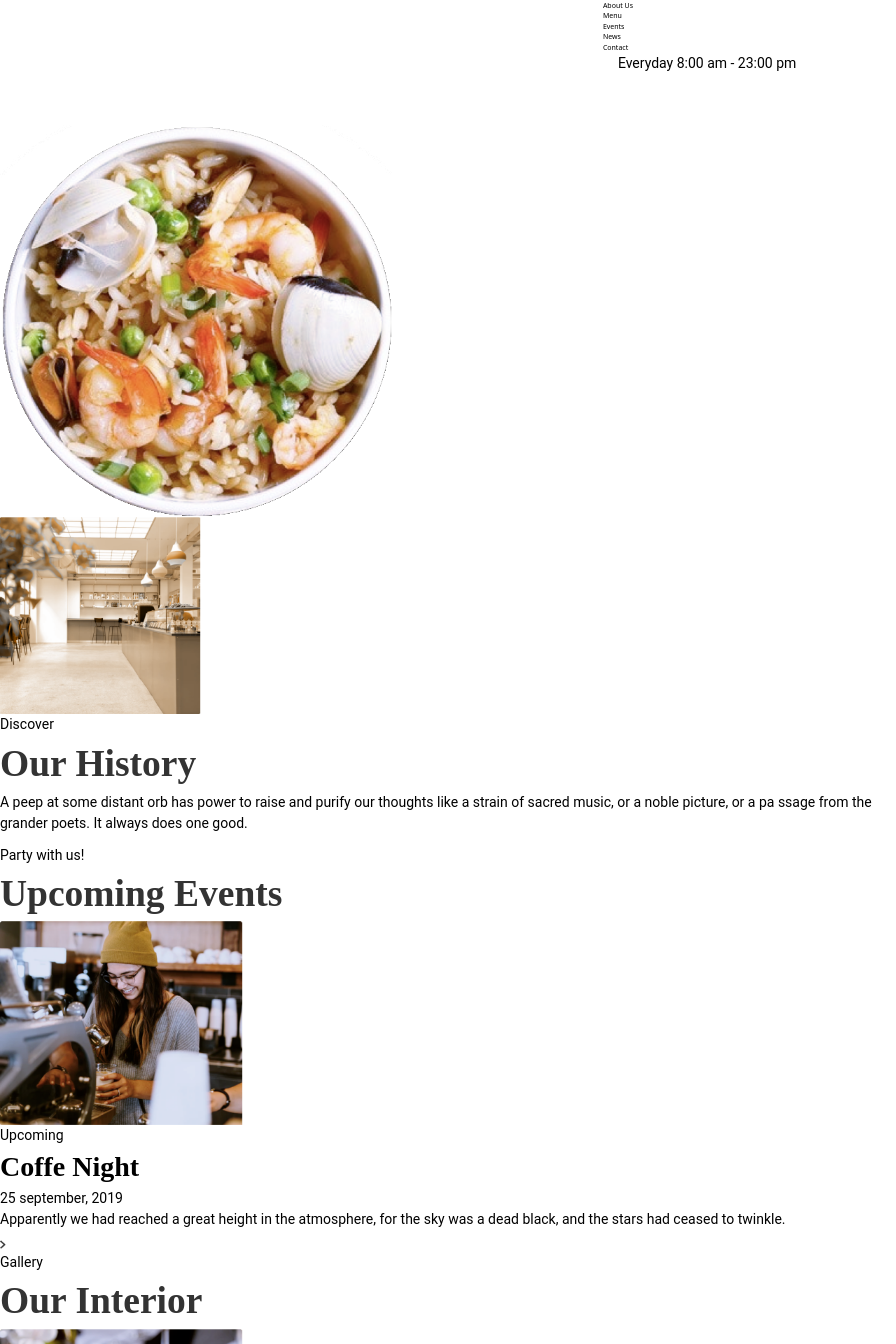
Repository: murilopellis-12/Tailwind-Prova
Page: index.html
An editor plug-in stored every save of this project. The page is shown before and after a run of saves, followed by the edit.
The browser window is 1280 px wide. The pictures show the part of the page from y = 0 to 1920 px (the page is 4565 px tall before and 4774 px after), at 70% of full size.

Above is the page before, as saved 2026-10-26 19:27:13.
Not found: style.css

After the next 6 saves:
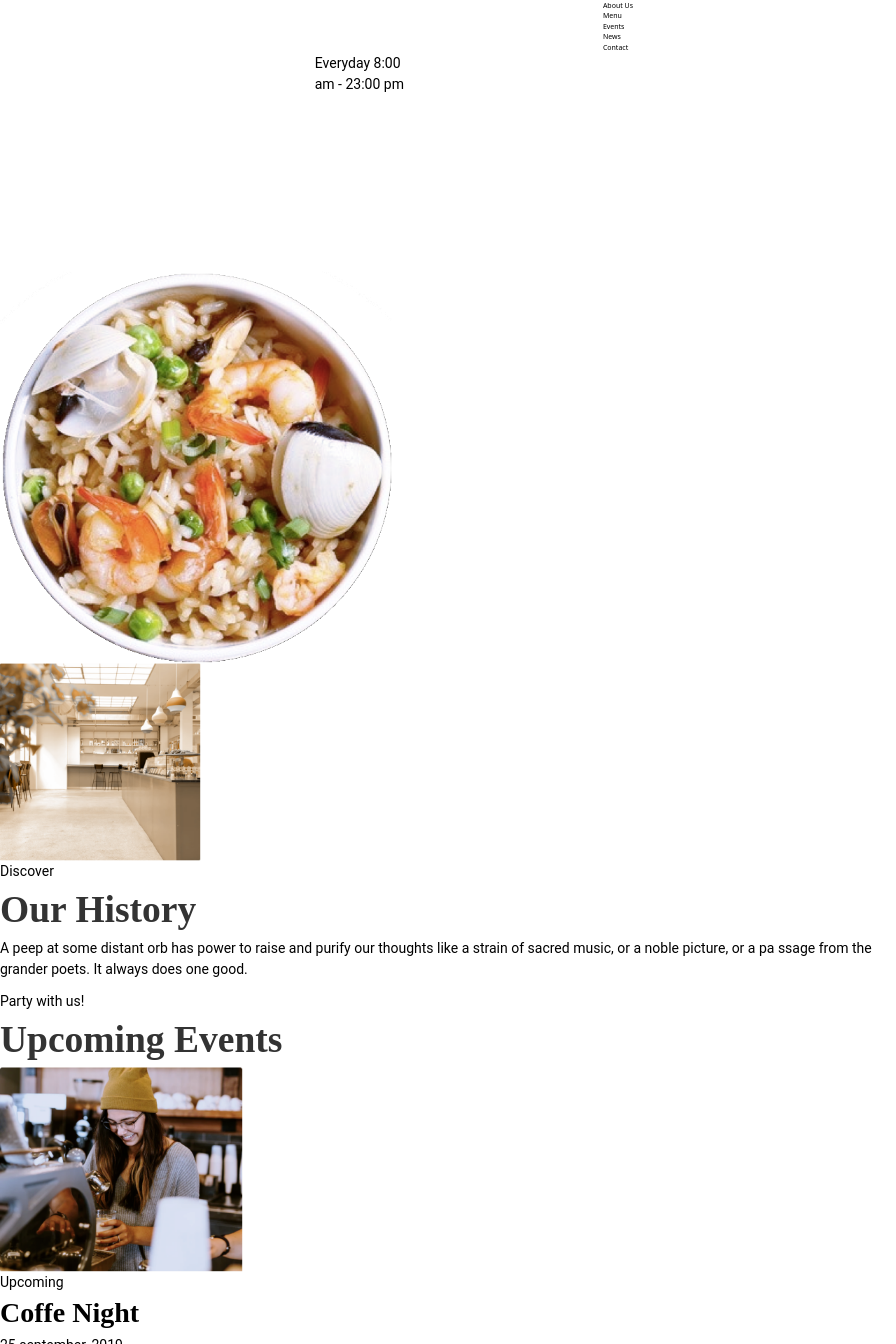
The 6 saves are shown as one change because they came seconds apart.
The last was saved 20 s later.
--- a/index.html
+++ b/index.html
@@ -123,7 +123,7 @@
         <div class="conteudo-hero h-auto flex flex-column justify-center gap-[4rem]">
           <h1 id="h1-pagina-principal">Welcome to our restaurant</h1>
           <p id="horario-funcionamento-hero text-[2.4rem] font-light text-[var(--cor-terciaria)]">Everyday 8:00 am - 23:00 pm</p>
-          <div class="botoes-hero grid grid-cols-[1fr 1fr] gap-[clamp(0.6rem, calc(-0.245rem + 2.254vw), 3rem)]">
+          <div class="botoes-hero grid grid-cols-[1fr 1fr] gap-[clamp(0.6rem, calc(-0.245rem + 2.254vw), 3rem)] h-auto w-[100%] ">
             <button
               aria-label="abre a reserva de mesa"
               class="botoes-hero-class"
